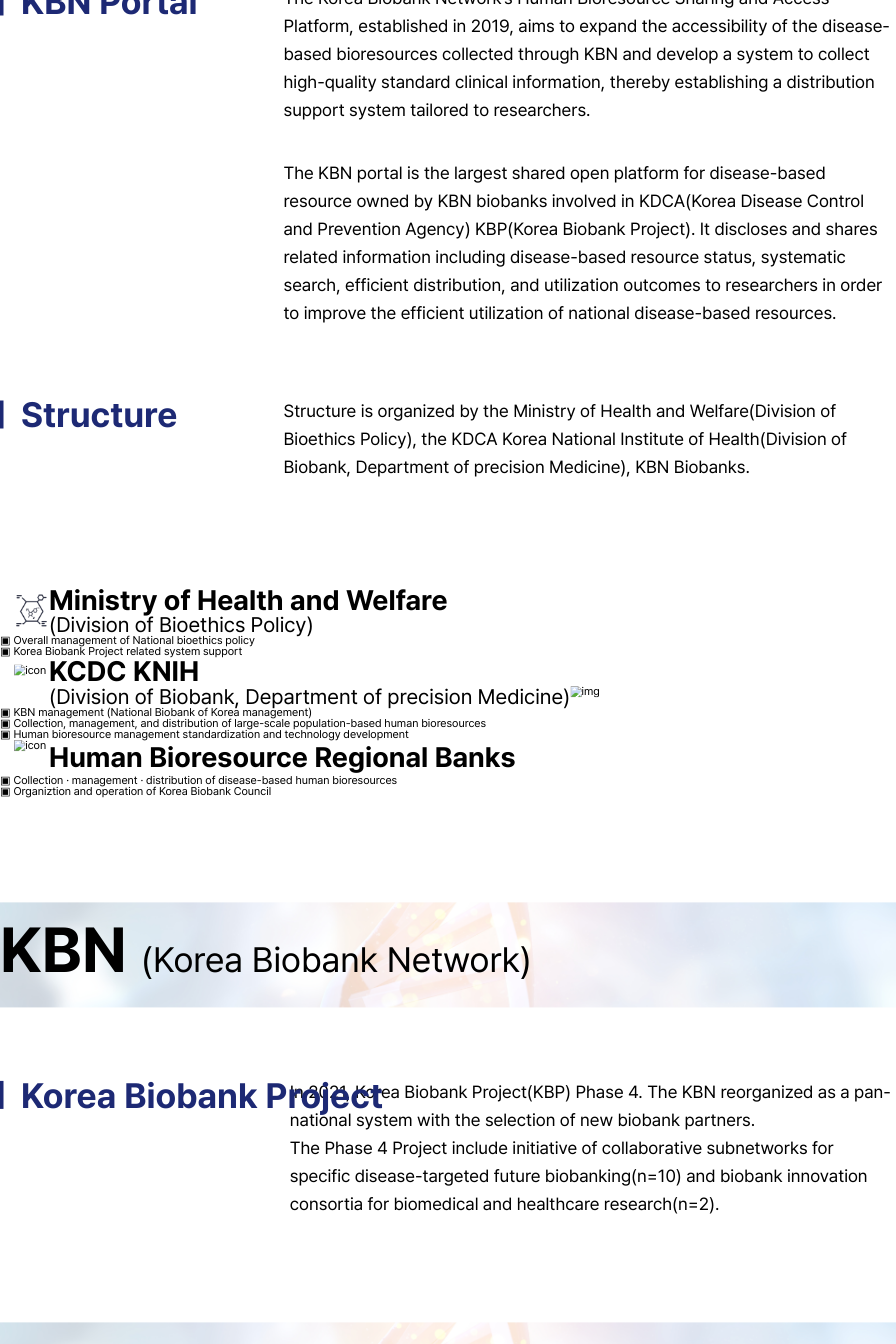
Repository: dlgywls1130/kbn_makedit
Page: index.html
These files come from the project's save history. The page is drawn as it stood at one moment and after the next save; the edit follows.
The browser window is 1280 px wide. The pictures show the part of the page from y = 1143 to 3063 px (the page is 4869 px tall), at 70% of full size.
Some web libraries are served in a nearby version.

Above is the page before, as saved 2023-10-15 16:13:59.

After the next save:
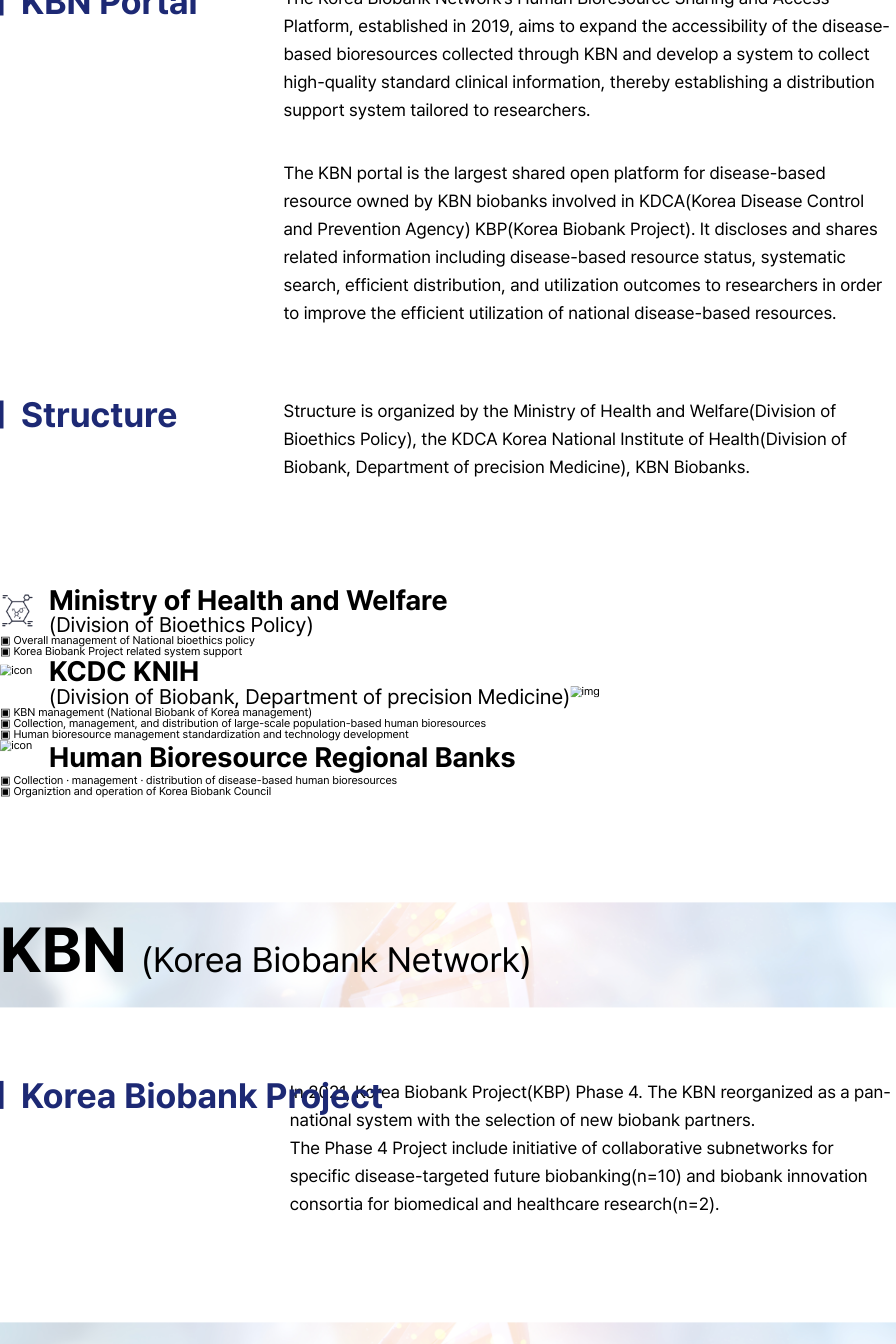
Saved 16 s later.
--- a/css/style.css
+++ b/css/style.css
@@ -305,13 +305,14 @@
 .accordion-item .title{
  display: flex;
  align-items: center;
- margin-left: 20px;
+
 }
 
 .accordion-item .title p{
     font-size: 40px;
     font-weight: 700;
     color: #000;
+    margin-left: 20px;
 }
 
 .accordion-item .title p span{
